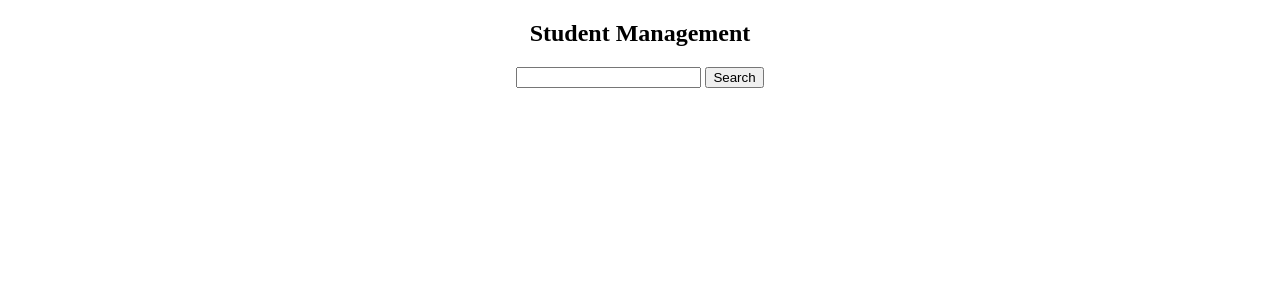
Repository: PuneethXworkz/core-java
Page: http://localhost/studentmanagement_springjpa/
These files come from the project's save history. The page is drawn as it stood at one moment and after the next save; the edit follows.
The browser window is 1280 px wide. The pictures show the whole page.
The page is served by Tomcat 9.

Above is the page before, as saved 2022-11-01 00:28:59.

After the next save:
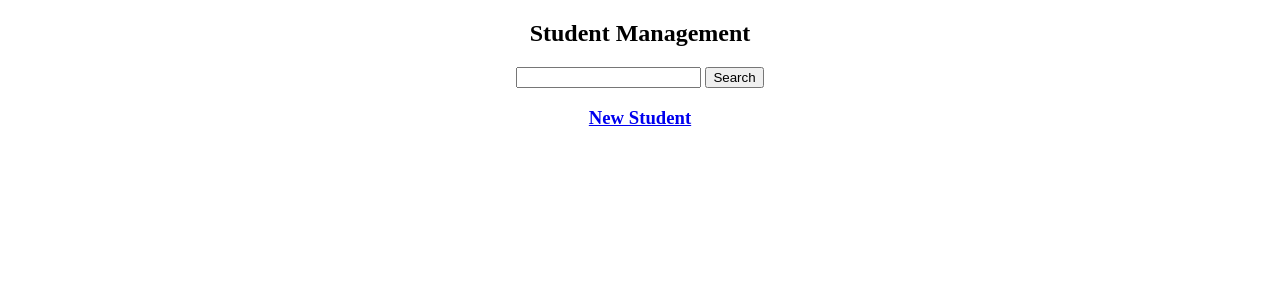
Saved 46 s later.
--- a/studentmanagement_springjpa/src/main/webapp/index.jsp
+++ b/studentmanagement_springjpa/src/main/webapp/index.jsp
@@ -14,10 +14,9 @@
 	<form action="search" method="get">
 		<input type="text" name="keyword">
 		<input type="submit" value="Search">
+	</form>
 
-
-
-	</form>
+	<h3><a href="new"> New Student</h3>
 
 
 
